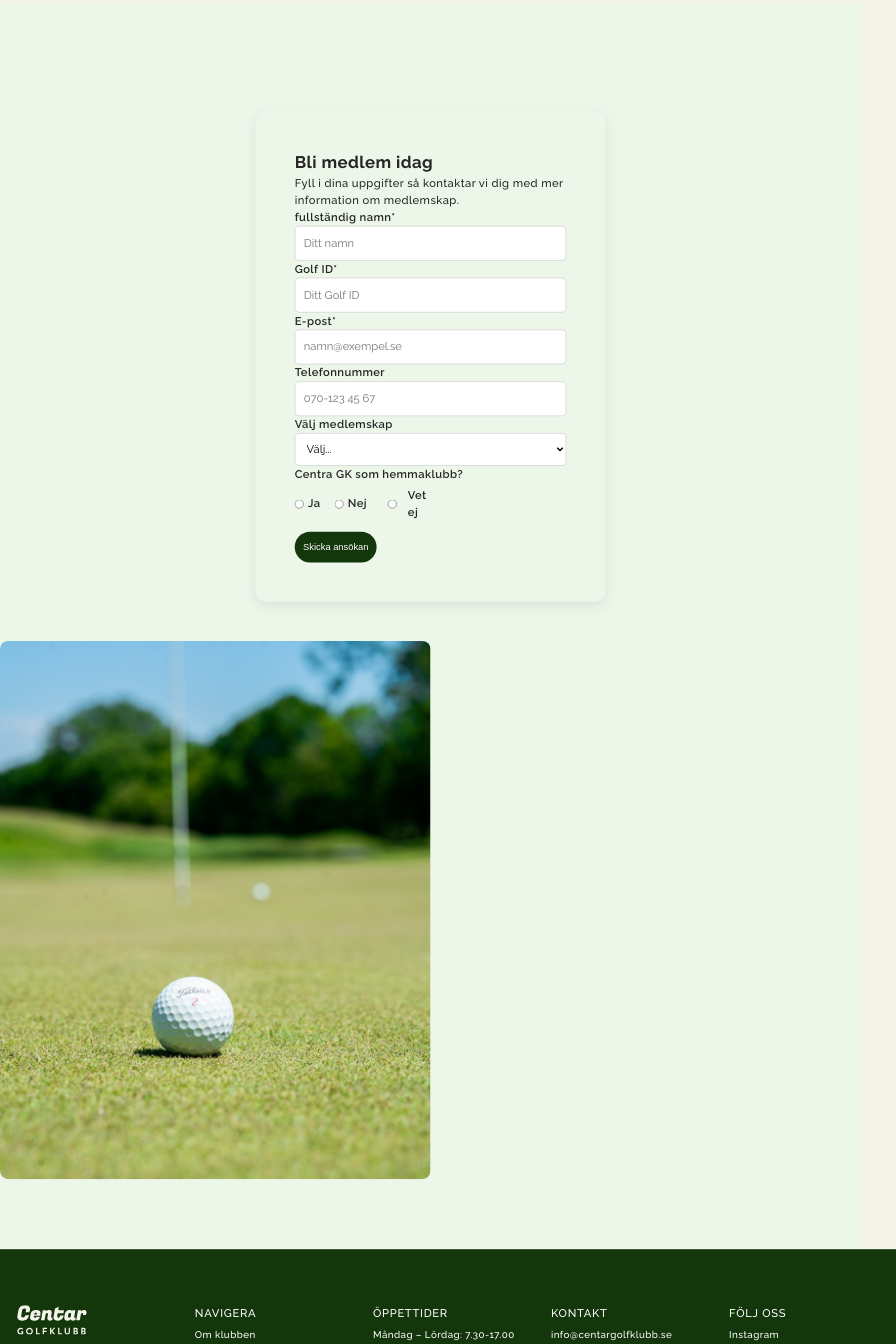
Repository: Tamana831/GolfklubbCentar
Page: Medlem.html
An editor plug-in stored every save of this project. The page is shown before and after the next save, followed by the edit.
The browser window is 1280 px wide. The pictures show the part of the page from y = 2082 to 4002 px (the page is 4246 px tall before and 3720 px after), at 70% of full size.

Above is the page before, as saved 2025-10-24 01:12:08.

After the next save:
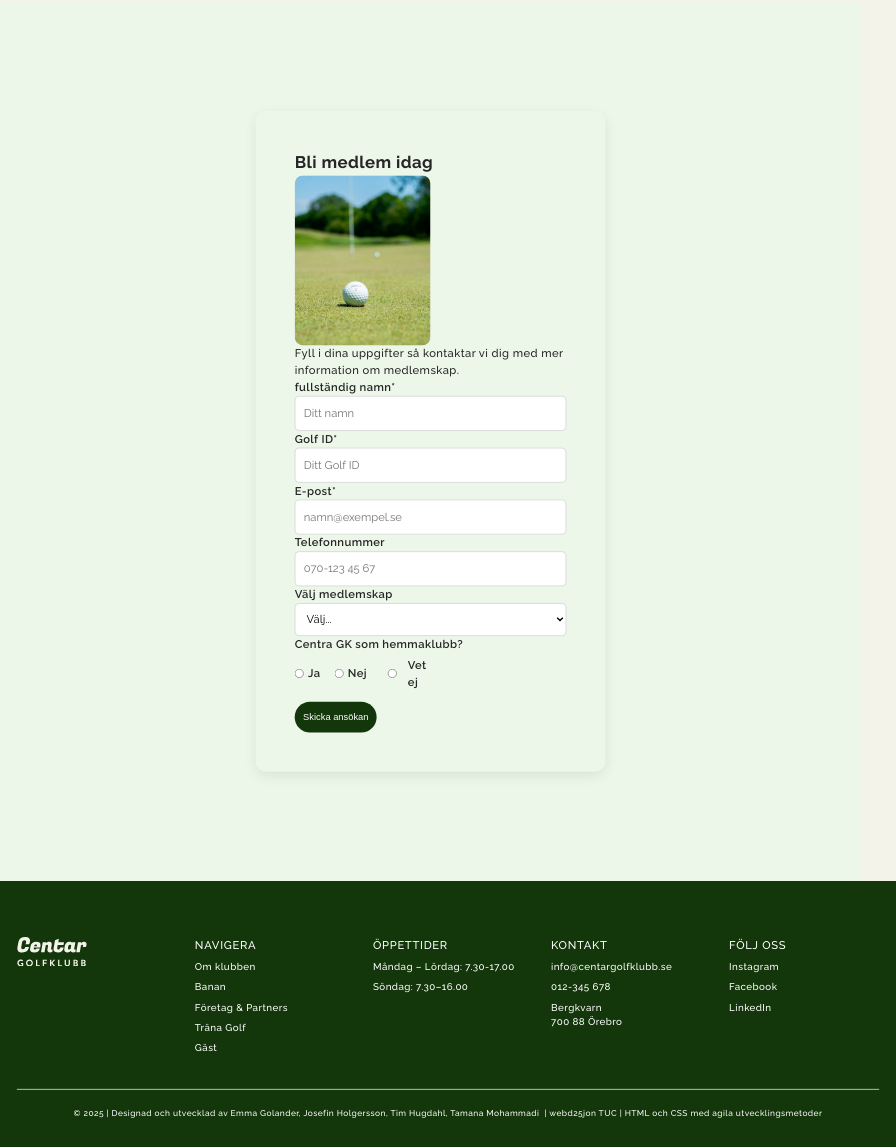
Saved 75 s later.
--- a/Medlem.html
+++ b/Medlem.html
@@ -122,6 +122,9 @@
 <section class="membership-apply">
   <div class="apply-box">
     <h2>Bli medlem idag</h2>
+     <div class="image-wrap">
+    <img src="images/golf.jpg" alt="Golf boll">
+  </div>
     <p>Fyll i dina uppgifter så kontaktar vi dig med mer information om medlemskap.</p>
     <form class="apply-form">
       <label for="name">fullständig namn*</label>
@@ -152,10 +155,8 @@
   <button type="submit">Skicka ansökan</button>
   </form>
   </div>
-  <!-- vänster sidan med bild -->
-  <div class="image-wrap">
-    <img src="images/golf.jpg" alt="Golf boll">
-  </div>
+
+
 </section>
 <!-- FOOTER -->
     <footer class="bg-green-dark">
